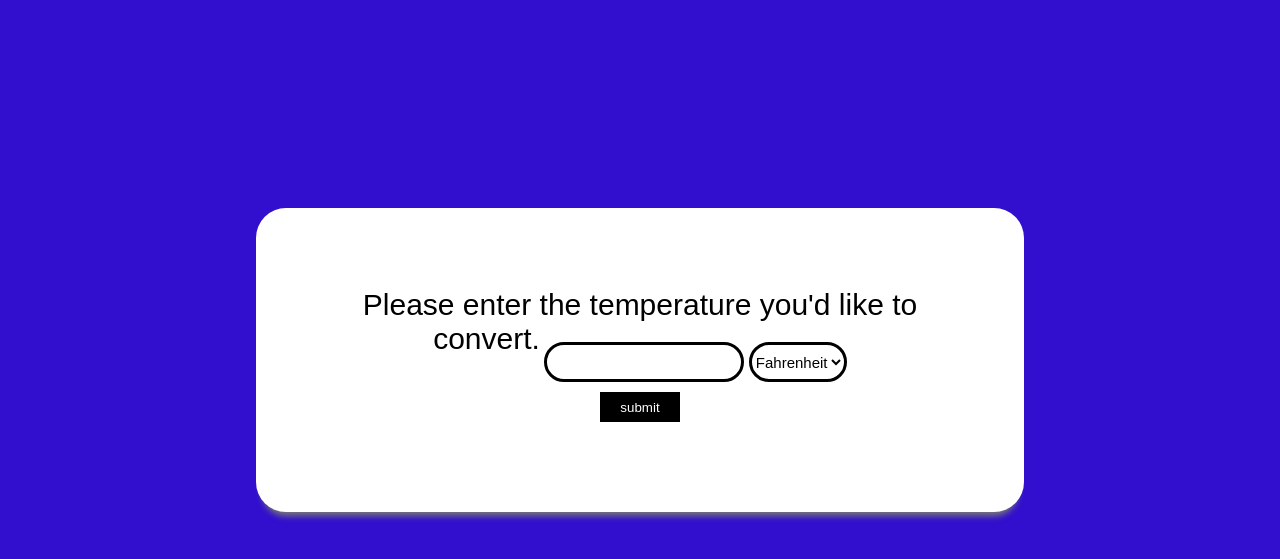
Repository: Mayur2905/OIBSIP
Page: Task-4/index.html
The author's editor kept a copy of each file at every save. The page is drawn from the files as they stood at one save, then again after the next save.
The browser window is 1280 px wide. The pictures show the whole page.

Above is the page before, as saved 2022-02-03 23:18:00.

### Task-4/index.html
<!DOCTYPE html>
<html lang="en">
<head>
    <meta charset="UTF-8">
    <meta http-equiv="X-UA-Compatible" content="IE=edge">
    <meta name="viewport" content="width=device-width, initial-scale=1.0">
    <title>Document</title>
    <link rel="stylesheet" href="style.css">
</head>
<body>
    <script type="text/javascript">
        function convert(){
            const temp = document.getElementById('temp').value;
            const ty = document.getElementById('type').value;
            if(ty == 'fah' )
            {
                var f = (temp*1.8)+32;
                document.getElementById('result').innerHTML=`= ${f}°Fahrenheit`;
            }
            else{
                var f= (temp*1) + 273.15;
                document.getElementById('result').innerHTML=`= ${f}°Kelvin`;
            }


        }
    </script>
    <form id="tempCalc" onsubmit="convert(); return false">
        <label for="temp">Please enter the temperature you'd like to convert.</label>
        <input type="number" name="temp" id="temp">
        <select name="temp_diff" id="type">
            <option value="fah">Fahrenheit</option>
            <option value="Kel">Kelvin</option>
        </select><br/>
        <input id="btn" type="submit" value="submit" name="temp">
        <div id="result"></div>
    </form>
</body>
</html>

### Task-4/style.css
* {
  margin: 0;
  padding: 0;
  box-sizing: border-box;
  font-family: "Mulish", sans-serif;
}

body {
  width: 100vw;
  height: 100vh;
  background-color: #320fce;
  display: grid;
  align-items: center;
}

form {
  background-color: #ffffff;
  padding: 80px;
  width: 60%;
  margin: 100px auto;
  text-align: center;
  box-shadow: 0 10px 6px -6px #777;
  border-radius: 30px;
}

#tempCalc label {
  font-size: 30px;
}

#temp {
  border: solid;
  border-radius: 30px;
  padding: 10px;
  height: 40px;
  width: 200px;
  font-size: 20px;
  margin-top: 20px;
  vertical-align: top;
}

#type {
  height: 40px;
  border: solid;
  border-radius: 30px;
  margin-top: 20px;
  font-size: 15px;
  vertical-align: top;
  background-color: #ffffff;
}

#btn {
  background-color: black;
  height: 30px;
  width: 80px;
  color: white;
  margin: 10px;
  border: none;
}
#result {
  font-size: 15px;
  font-weight: 600;
}

After the next save:
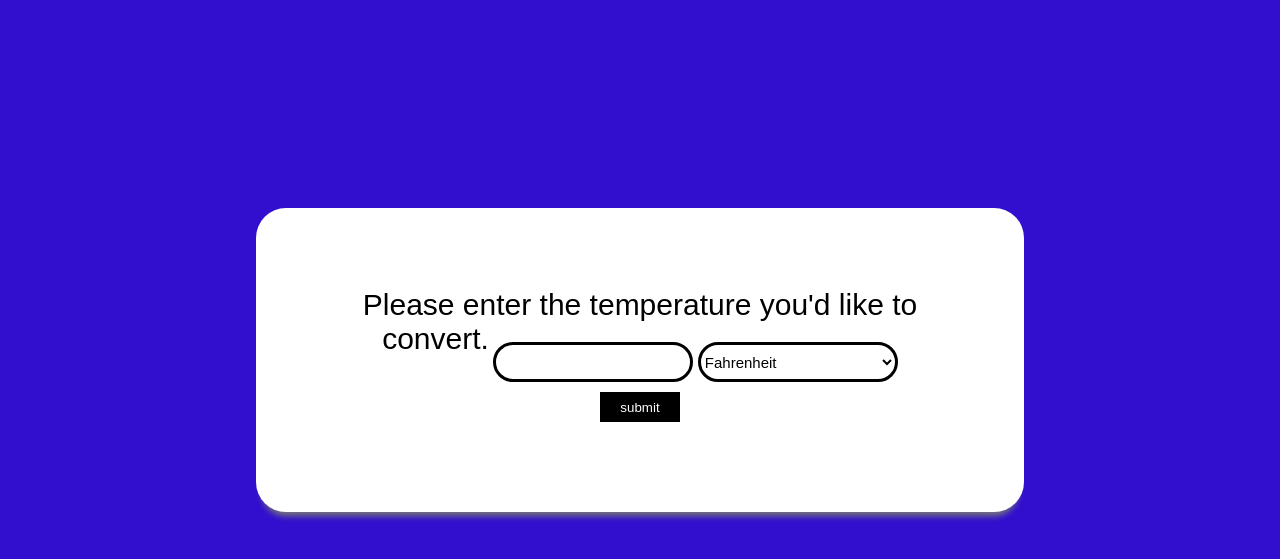
Saved 9 s later.
--- a/Task-4/style.css
+++ b/Task-4/style.css
@@ -44,6 +44,8 @@ form {
   border-radius: 30px;
   margin-top: 20px;
   font-size: 15px;
+  height: 40px;
+  width: 200px;
   vertical-align: top;
   background-color: #ffffff;
 }
